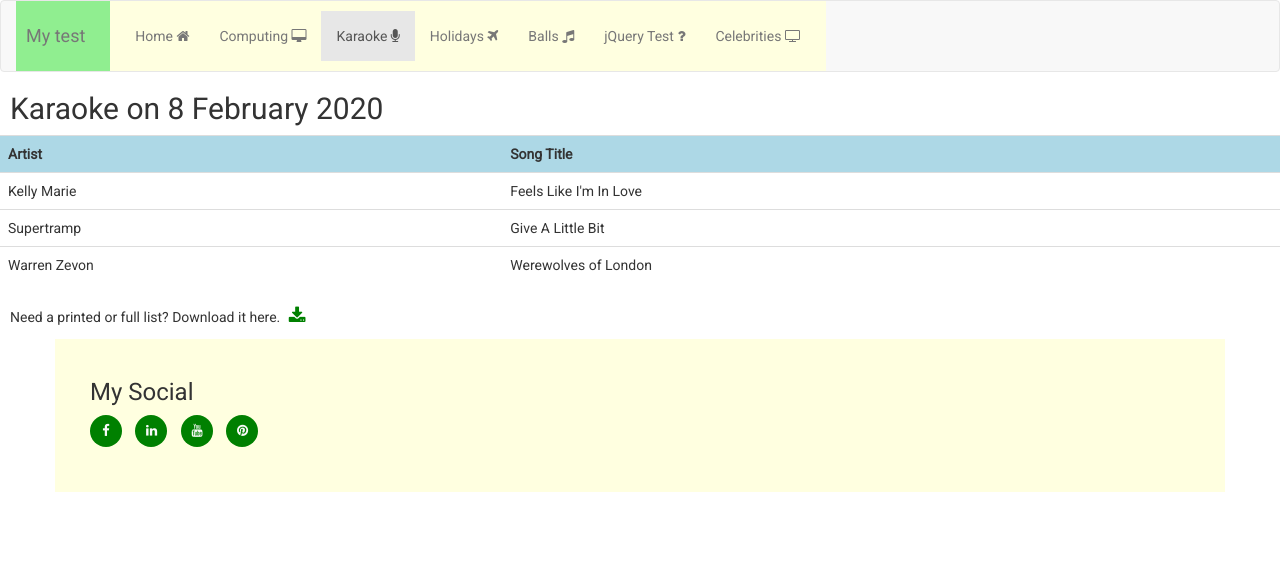
Repository: derektypist/bootstrap
Page: karaoke.html
The author's editor kept a record of every edit. The page is drawn from the files as they stood at one moment, then again after the next edit.
The browser window is 1280 px wide. The pictures show the whole page.

Above is the page before.

### karaoke.html
<!DOCTYPE html>
<html>
<head>
<meta name="viewport" content="width=device-width, initial-scale=1.0">
<title>Derek's Bootstrap Experience - Karaoke</title>

<!-- Load Style Sheets -->

<link rel="stylesheet" href="https://maxcdn.bootstrapcdn.com/bootstrap/3.3.7/css/bootstrap.min.css">
<link rel="stylesheet" href="https://maxcdn.bootstrapcdn.com/font-awesome/4.7.0/css/font-awesome.min.css" type="text/css" />
<link rel="stylesheet" href="style.css" type="text/css">
</head>
<body>
    <nav class="navbar navbar-default">
        <div class="container-fluid">
            <!-- Logo -->
            <div class="navbar-header">
                <a href="index.html" class="navbar-brand">My test</a>
            </div>

            <!-- navbar with icons -->
            <ul class="nav navbar-nav">
                <li><a href="index.html">Home <i class="fa fa-home" aria-hidden="true"></i></a></li>
                <li><a href="computing.html">Computing <i class="fa fa-desktop" aria-hidden="true"></i></a></li>
                <li class="active"><a href="karaoke.html">Karaoke <i class="fa fa-microphone" aria-hidden="true"></i></a></li>
                <li><a href="holidays.html">Holidays <i class="fa fa-plane" aria-hidden="true"></i></a></li>
                <li><a href="balls.html">Balls <i class="fa fa-music" aria-hidden="true"></i></a></li>
                <li><a href="jquerydemo.html">jQuery Test <i class="fa fa-question" aria-hidden="true"></i></a></li>
                <li><a href="celebrities.html">Celebrities <i class="fa fa-television" aria-hidden="true"></i></a></li>
            </ul>

          </div>
    </nav>

        <!-- Karaoke -->
        <section>
            <h2 class="mgn-col">Karaoke on 8 February 2020</h2>
        <div class="table-responsive">
            <table class="table">
                <tr>
                    <th>Artist</th>
                    <th>Song Title</th>
                </tr>

                <tr>
                    <td>Kelly Marie</td>
                    <td>Feels Like I'm In Love</td>
                </tr>

                <tr>
                    <td>Supertramp</td>
                    <td>Give A Little Bit</td>
                </tr>

                <tr>
                    <td>Warren Zevon</td>
                    <td>Werewolves of London</td>
                </tr>





                </table>
        </div>

        </section>

        <section class="mgn-col">
        <p>Need a printed or full list?  Download it here.
        <a href="pdf/karaoke.pdf" target="_blank" title="Karaoke" class="download-pdf">
        <i class="fa fa-download" aria-hidden="true"></i></a></p>
        </section>

         <!-- Footer -->
       <footer class="container">
           <div class="row" id="footer-details">
               <h3>My Social</h3>
               <ul class="list-inline social-links">

                    <li><a target="_blank" href="https://www.facebook.com/derek.dhammaloka/" title="Facebook"><i class="fa fa-facebook"></i></a></li>
                    <li><a target="_blank" href="https://www.linkedin.com/in/derekdhammaloka" title="LinkedIn"><i class="fa fa-linkedin"></i></a></li>
                    <li><a target="_blank" href="https://www.youtube.com/user/derekthesec" title="YouTube"><i class="fa fa-youtube"></i></a></li>
                    <li><a target="_blank" href="https://www.pinterest.co.uk/derekthesec" title="Pinterest"><i class="fa fa-pinterest"></i></a></li>
               </ul>
           </div>
       </footer>
</body>
</html>

### style.css
/* Import Font */

@import url('https://fonts.googleapis.com/css?family=Roboto');

/* Body */

body {

    font-family: "Roboto", Arial, Verdana, sans-serif;
    height: 100%;
}

/* Liked Comments */

.liked {
    background-color: lightblue;
    padding: 10px;
}

/* Jumbotron */

.jumbotron {
    background-color: pink;
}

/* List Items */

.list-items {
    color: green;
}

.list-items a {
    text-decoration: none;
    color: orange;
}

.list-items a:hover {
    text-decoration: none;
    color: purple;
}

/* Margin Styles */
.mgn-col {
    margin-left: 10px;
}

/* Navbar Styles */
.navbar-header {
    background-color: lightgreen;
    padding: 10px;
}

.navbar-nav {
    background-color: lightyellow;
    padding: 10px;
}

/* Table Styles */
th {
    background-color: lightblue;
}


/* Download PDF Styles */
.download-pdf {
    color: green;
    text-align: center;
    font-size: 18px;
    padding-left: 5px;
}

.download-pdf i:hover {
    color: orange;
    transition: all 0.35s ease-in-out;
    -moz-transition: all 0.35s ease-in-out;
    -webkit-transition: all 0.35s ease-in-out;
    -o-transition: all 0.35s ease-in-out;
}

/* Footer */
footer {
    background-color: lightyellow;
    min-height: 50px;
    margin: 0;
}

.social-links {
    padding-bottom: 15px;
}

.social-links li a i {
    width: 32px;
    height: 32px;
    padding: 12px 0px;
    border-radius: 50%;
    font-size: 13px;
    line-height: 7px;
    text-align: center;
    color: #fafafa;
    background: green;
    transition: all 0.35s ease-in-out;
    -moz-transition: all 0.35s ease-in-out;
    -webkit-transition: all 0.35s ease-in-out;
    -o-transition: all 0.35s ease-in-out;

}

.social-links li a i:hover {
    background: purple;

}

#footer-details {
    margin: 20px;
}

/* jQueryDemo - Subjects */
.row button #subjects
{
    background-color: black;
}



/* jQueryDemo - Keypad */

#keypad {
    width: 50%;
    margin: auto;
}

#display {
    height: 75px;
    font-size: 2.5em;
    background-color: seagreen;
    color: white;
    text-align: center;
}

button {
    background-color: black;
    color: white;
    font-size: 2em;
    height: 2em;
    float: left;
    border-color: lightgreen;
    margin-left: 0px;
    margin-right: 0px;
}

.row button {
    width: 33.333%;
}

After the next edit:
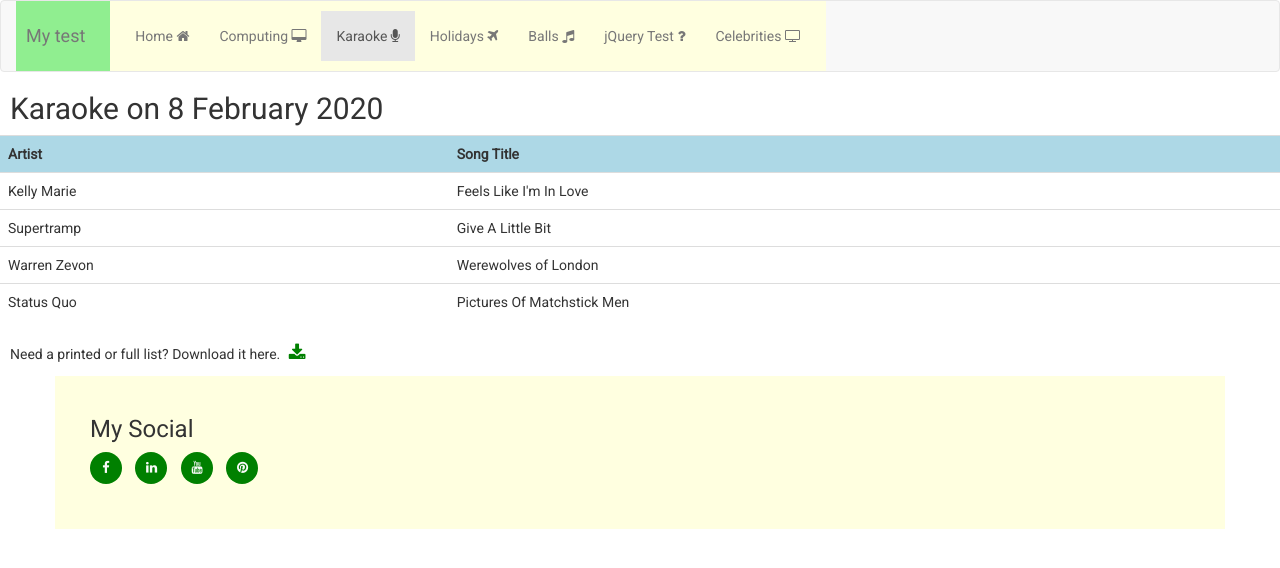
The edit:
--- a/karaoke.html
+++ b/karaoke.html
@@ -57,7 +57,10 @@
                     <td>Werewolves of London</td>
                 </tr>
 
-
+                <tr>
+                    <td>Status Quo</td>
+                    <td>Pictures Of Matchstick Men</td>
+                </tr>
 
 
 

After the edit that followed:
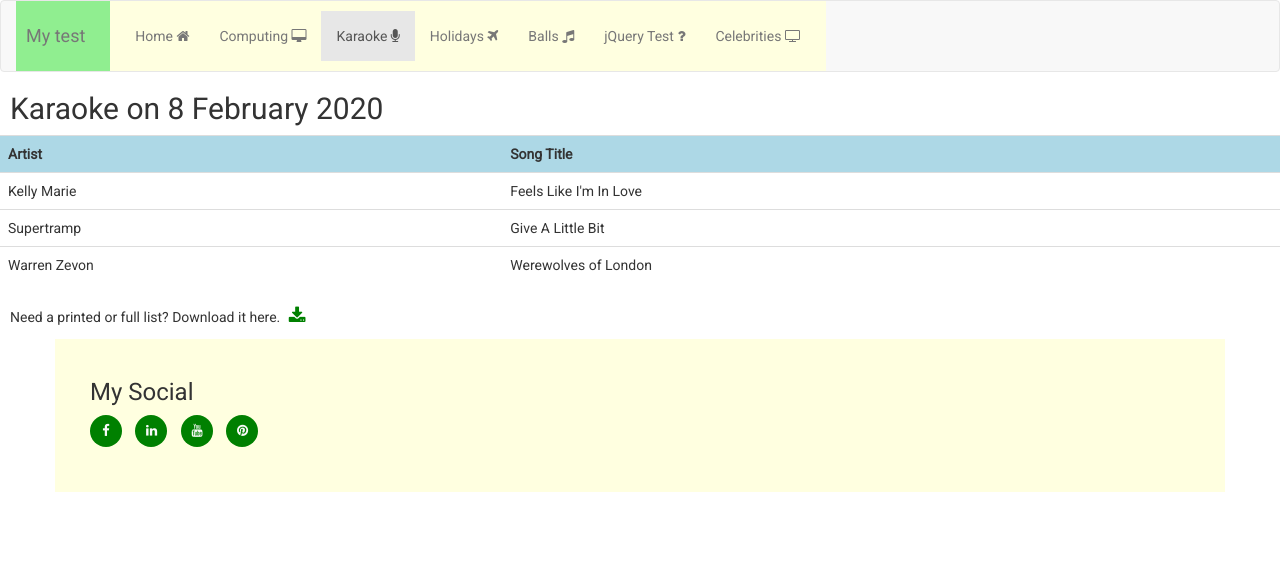
The edit:
--- a/karaoke.html
+++ b/karaoke.html
@@ -1,15 +1,17 @@
 <!DOCTYPE html>
 <html>
+
 <head>
-<meta name="viewport" content="width=device-width, initial-scale=1.0">
-<title>Derek's Bootstrap Experience - Karaoke</title>
+    <meta name="viewport" content="width=device-width, initial-scale=1.0">
+    <title>Derek's Bootstrap Experience - Karaoke</title>
 
-<!-- Load Style Sheets -->
+    <!-- Load Style Sheets -->
 
-<link rel="stylesheet" href="https://maxcdn.bootstrapcdn.com/bootstrap/3.3.7/css/bootstrap.min.css">
-<link rel="stylesheet" href="https://maxcdn.bootstrapcdn.com/font-awesome/4.7.0/css/font-awesome.min.css" type="text/css" />
-<link rel="stylesheet" href="style.css" type="text/css">
+    <link rel="stylesheet" href="https://maxcdn.bootstrapcdn.com/bootstrap/3.3.7/css/bootstrap.min.css">
+    <link rel="stylesheet" href="https://maxcdn.bootstrapcdn.com/font-awesome/4.7.0/css/font-awesome.min.css" type="text/css" />
+    <link rel="stylesheet" href="style.css" type="text/css">
 </head>
+
 <body>
     <nav class="navbar navbar-default">
         <div class="container-fluid">
@@ -29,12 +31,12 @@
                 <li><a href="celebrities.html">Celebrities <i class="fa fa-television" aria-hidden="true"></i></a></li>
             </ul>
 
-          </div>
+        </div>
     </nav>
 
-        <!-- Karaoke -->
-        <section>
-            <h2 class="mgn-col">Karaoke on 8 February 2020</h2>
+    <!-- Karaoke -->
+    <section>
+        <h2 class="mgn-col">Karaoke on 8 February 2020</h2>
         <div class="table-responsive">
             <table class="table">
                 <tr>
@@ -57,36 +59,33 @@
                     <td>Werewolves of London</td>
                 </tr>
 
-                <tr>
-                    <td>Status Quo</td>
-                    <td>Pictures Of Matchstick Men</td>
-                </tr>
 
 
 
-                </table>
+            </table>
         </div>
 
-        </section>
+    </section>
 
-        <section class="mgn-col">
-        <p>Need a printed or full list?  Download it here.
-        <a href="pdf/karaoke.pdf" target="_blank" title="Karaoke" class="download-pdf">
+    <section class="mgn-col">
+        <p>Need a printed or full list? Download it here.
+            <a href="pdf/karaoke.pdf" target="_blank" title="Karaoke" class="download-pdf">
         <i class="fa fa-download" aria-hidden="true"></i></a></p>
-        </section>
+    </section>
 
-         <!-- Footer -->
-       <footer class="container">
-           <div class="row" id="footer-details">
-               <h3>My Social</h3>
-               <ul class="list-inline social-links">
+    <!-- Footer -->
+    <footer class="container">
+        <div class="row" id="footer-details">
+            <h3>My Social</h3>
+            <ul class="list-inline social-links">
 
-                    <li><a target="_blank" href="https://www.facebook.com/derek.dhammaloka/" title="Facebook"><i class="fa fa-facebook"></i></a></li>
-                    <li><a target="_blank" href="https://www.linkedin.com/in/derekdhammaloka" title="LinkedIn"><i class="fa fa-linkedin"></i></a></li>
-                    <li><a target="_blank" href="https://www.youtube.com/user/derekthesec" title="YouTube"><i class="fa fa-youtube"></i></a></li>
-                    <li><a target="_blank" href="https://www.pinterest.co.uk/derekthesec" title="Pinterest"><i class="fa fa-pinterest"></i></a></li>
-               </ul>
-           </div>
-       </footer>
+                <li><a target="_blank" href="https://www.facebook.com/derek.dhammaloka/" title="Facebook"><i class="fa fa-facebook"></i></a></li>
+                <li><a target="_blank" href="https://www.linkedin.com/in/derekdhammaloka" title="LinkedIn"><i class="fa fa-linkedin"></i></a></li>
+                <li><a target="_blank" href="https://www.youtube.com/user/derekthesec" title="YouTube"><i class="fa fa-youtube"></i></a></li>
+                <li><a target="_blank" href="https://www.pinterest.co.uk/derekthesec" title="Pinterest"><i class="fa fa-pinterest"></i></a></li>
+            </ul>
+        </div>
+    </footer>
 </body>
+
 </html>
